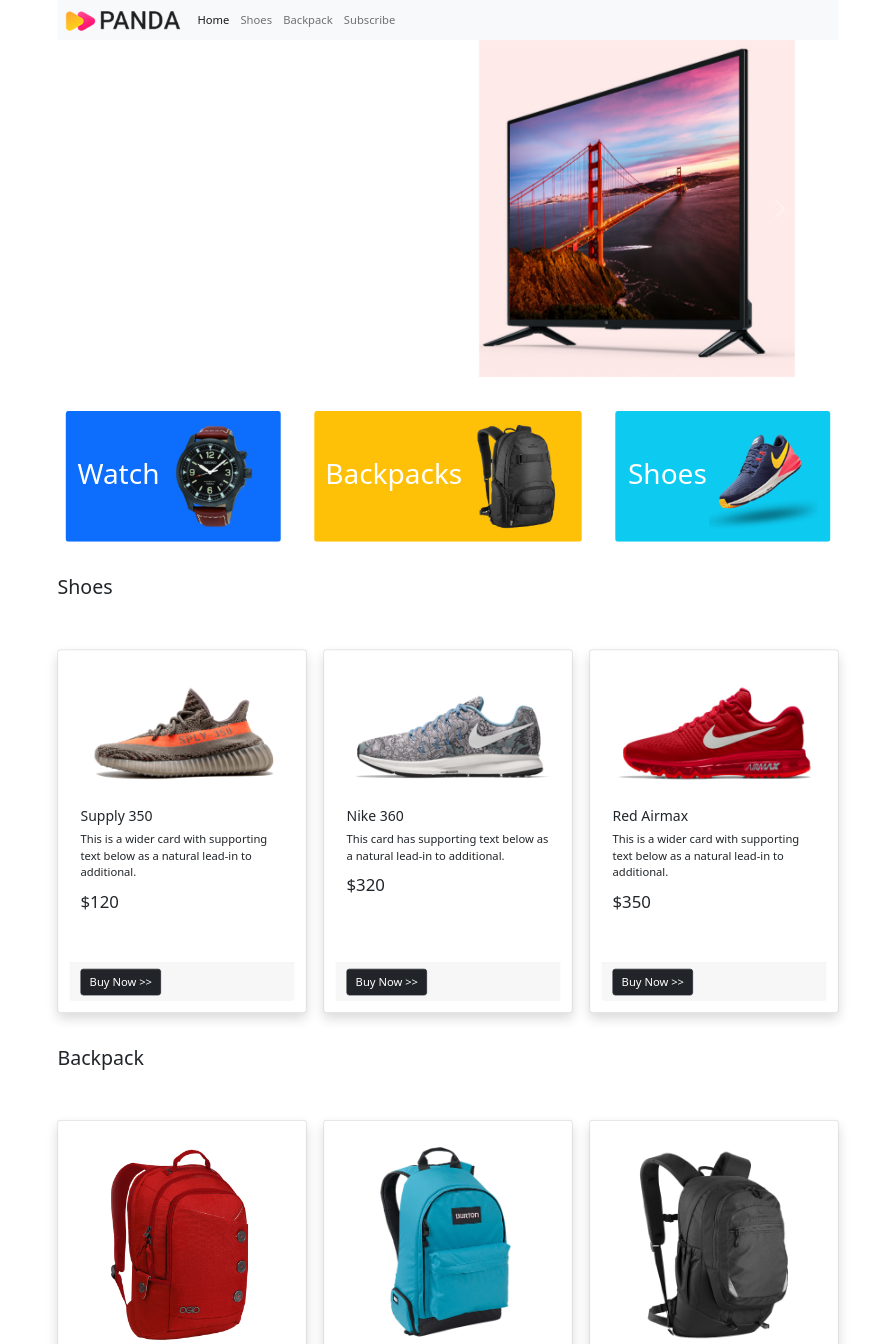
Repository: omarhasnain/panda-commerce-bootstrap
Page: index.html
These files come from the project's save history. The page is drawn as it stood at one moment and after the next save; the edit follows.
The browser window is 1280 px wide. The pictures show the part of the page from y = 0 to 1920 px (the page is 2624 px tall), at 70% of full size.

Above is the page before, as saved 2021-01-14 17:58:03.

### index.html
<!DOCTYPE html>
<html lang="en">
<head>
    <meta charset="UTF-8">
    <meta name="viewport" content="width=device-width, initial-scale=1.0">
    <title>Panda Commerce</title>
    <link href="https://cdn.jsdelivr.net/npm/bootstrap@5.0.0-beta1/dist/css/bootstrap.min.css" rel="stylesheet" integrity="sha384-giJF6kkoqNQ00vy+HMDP7azOuL0xtbfIcaT9wjKHr8RbDVddVHyTfAAsrekwKmP1" crossorigin="anonymous">
</head>
<body>
    <header class="container">
        <nav class="navbar navbar-expand-lg navbar-light bg-light">
            <div class="container-fluid">
              <a class="navbar-brand" href="#"><img src="images/logo.png" alt=""></a>
              <button class="navbar-toggler" type="button" data-bs-toggle="collapse" data-bs-target="#navbarNavAltMarkup" aria-controls="navbarNavAltMarkup" aria-expanded="false" aria-label="Toggle navigation">
                <span class="navbar-toggler-icon"></span>
              </button>
              <div class="collapse navbar-collapse" id="navbarNavAltMarkup">
                <div class="navbar-nav">
                  <a class="nav-link active" aria-current="page" href="#">Home</a>
                  <a class="nav-link" href="#">Shoes</a>
                  <a class="nav-link" href="#">Backpack</a>
                  <a class="nav-link" href="#" tabindex="-1" >Subscribe</a>
                </div>
              </div>
            </div>
          </nav>

        <section>
            <div id="carouselExampleControls" class="carousel slide" data-bs-ride="carousel">
                <div class="carousel-inner">
                  <div class="carousel-item active">
                   <div class="row">
                       <div class="col-md-7">

                       </div>
                       <div class="col-md-5">
                        <img src="images/banner-images/tv.png" class="d-block w-100" alt="...">
                       </div>
                   </div>
                  </div>
                  <div class="carousel-item">
                    <div class="row">
                        <div class="col-md-7">

                        </div>
                        <div class="col-md-5">
                            <img src="images/banner-images/headphone.png" class="d-block w-100" alt="...">
                        </div>
                    </div>
                  </div>
                  <div class="carousel-item">
                   <div class="row">
                       <div class="col-md-7">

                       </div>
                       <div class="col-md-5">
                        <img src="images/banner-images/xbox.png" class="d-block w-100" alt="...">
                       </div>
                   </div>
                  </div>
                </div>
                <a class="carousel-control-prev" href="#carouselExampleControls" role="button" data-bs-slide="prev">
                  <span class="carousel-control-prev-icon" aria-hidden="true"></span>
                  <span class="visually-hidden">Previous</span>
                </a>
                <a class="carousel-control-next" href="#carouselExampleControls" role="button" data-bs-slide="next">
                  <span class="carousel-control-next-icon" aria-hidden="true"></span>
                  <span class="visually-hidden">Next</span>
                </a>
              </div>
        </section>


    </header>
    <main class="container">
        <section class="container overflow-hidden mt-5">
            <div class="row gx-5">
              <div class="col">
               <div class="p-3 rounded bg-primary d-flex align-items-center justify-content-around">
                   <h1 class="text-white">Watch</h1>
                   <img src="images/categories/watch.png" alt="">
               </div>
              </div>
              <div class="col">
                <div class="p-3 rounded bg-warning d-flex align-items-center justify-content-around">
                    <h1 class="text-white">Backpacks</h1>
                    <img src="images/categories/bag.png" alt="">
                </div>
               </div>
               <div class="col">
                <div class="p-3 rounded bg-info d-flex align-items-center justify-content-around">
                    <h1 class="text-white">Shoes</h1>
                    <img src="images/categories/shoes.png" alt="">
                </div>
               </div>

            </div>
        </section>

        <section class="mt-5">
            <h3>Shoes</h3>
            <div class="row row-cols-1 row-cols-md-3 g-4 mt-5">
                <div class="col">
                  <div class="card h-100 shadow p-3 mb-5 bg-white rounded">
                    <img src="images/shoes/shoe-1.png" class="card-img-top" alt="...">
                    <div class="card-body ">
                      <h5 class="card-title">Supply 350</h5>
                      <p class="card-text">This is a wider card with supporting text below as a natural lead-in to additional.
                    </p>
                    <h4>$120</h4>
                    </div>

                    <div class="card-footer">
                    <button class="text-white btn btn-dark">Buy Now >></button>
                    </div>
                  </div>
                </div>
                <div class="col">
                  <div class="card h-100 shadow p-3 mb-5 bg-white rounded">
                    <img src="images/shoes/shoe-2.png" class="card-img-top" alt="...">
                    <div class="card-body">
                      <h5 class="card-title">Nike 360</h5>
                      <p class="card-text">This card has supporting text below as a natural lead-in to additional.</p>
                      <h4>$320</h4>
                    </div>
                    <div class="card-footer">
                        <button class="text-white btn btn-dark">Buy Now >></button>
                    </div>
                  </div>
                </div>
                <div class="col">
                  <div class="card h-100 shadow p-3 mb-5 bg-white rounded">
                    <img src="images/shoes/shoe-3.png" class="card-img-top" alt="...">
                    <div class="card-body">
                      <h5 class="card-title">Red Airmax</h5>
                      <p class="card-text">This is a wider card with supporting text below as a natural lead-in to additional.</p>
                      <h4>$350</h4>
                    </div>
                    <div class="card-footer">
                        <button class="text-white btn btn-dark">Buy Now >></button>
                    </div>
                  </div>
                </div>
            </div>


        </section>

        <section class="mt-5">
            <h3>Backpack</h3>
            <div class="row row-cols-1 row-cols-md-3 g-4 mt-5">
                <div class="col">
                  <div class="card h-100 shadow p-3 mb-5 bg-white rounded">
                    <img src="images/bags/bag-1.png" class="card-img-top" alt="...">
                    <div class="card-body ">
                      <h5 class="card-title">Red Fort</h5>
                      <h5>$120</h5>
                      <p class="card-text">This is a wider card with supporting text below as a natural lead-in to additional.
                    </p>

                    </div>

                    <div class="card-footer">
                    <button class="text-white btn btn-dark">Buy Now >></button>
                    </div>
                  </div>
                </div>
                <div class="col">
                  <div class="card h-100 shadow p-3 mb-5 bg-white rounded">
                    <img src="images/bags/bag-2.png" class="card-img-top" alt="...">
                    <div class="card-body">
                      <h5 class="card-title">Blue Berry</h5>
                      <h5>$320</h5>
                      <p class="card-text">This card has supporting text below as a natural lead-in to additional.</p>

                    </div>
                    <div class="card-footer">
                        <button class="text-white btn btn-dark">Buy Now >></button>
                    </div>
                  </div>
                </div>
                <div class="col">
                  <div class="card h-100 shadow p-3 mb-5 bg-white rounded">
                    <img src="images/bags/bag-3.png" class="card-img-top" alt="...">
                    <div class="card-body">
                      <h5 class="card-title">Black Pack</h5>
                      <h5>$350</h5>
                      <p class="card-text">This is a wider card with supporting text below as a natural lead-in to additional.</p>

                    </div>
                    <div class="card-footer">
                        <button class="text-white btn btn-dark">Buy Now >></button>
                    </div>
                  </div>
                </div>
            </div>


        </section>
        <section style="height: 300px; background-color: rgb(252, 228, 218);" class="mt-5 d-flex  align-items-center justify-content-center ">
           <div>
            <h1>LET'S STAY IN TOUCH</h1>
            <h6>Get updates on sales, specials and more</h6>
            <input type="text" placeholder="Enter Your Email Address">
            <div>
            <button style="background-color: rgb(247, 70, 99);" class="btn btn-dark radius ">SUBMIT</button>
           </div>

        </section>

    </main>
    <footer class="text-center mt-5">
        <small>©2020. Panda Commerce. All rights reserved. Sofia, Bulgaria.</small>
    </footer>














    <script src="https://cdn.jsdelivr.net/npm/bootstrap@5.0.0-beta1/dist/js/bootstrap.bundle.min.js" integrity="sha384-ygbV9kiqUc6oa4msXn9868pTtWMgiQaeYH7/t7LECLbyPA2x65Kgf80OJFdroafW" crossorigin="anonymous"></script>
</body>
</html>

After the next save:
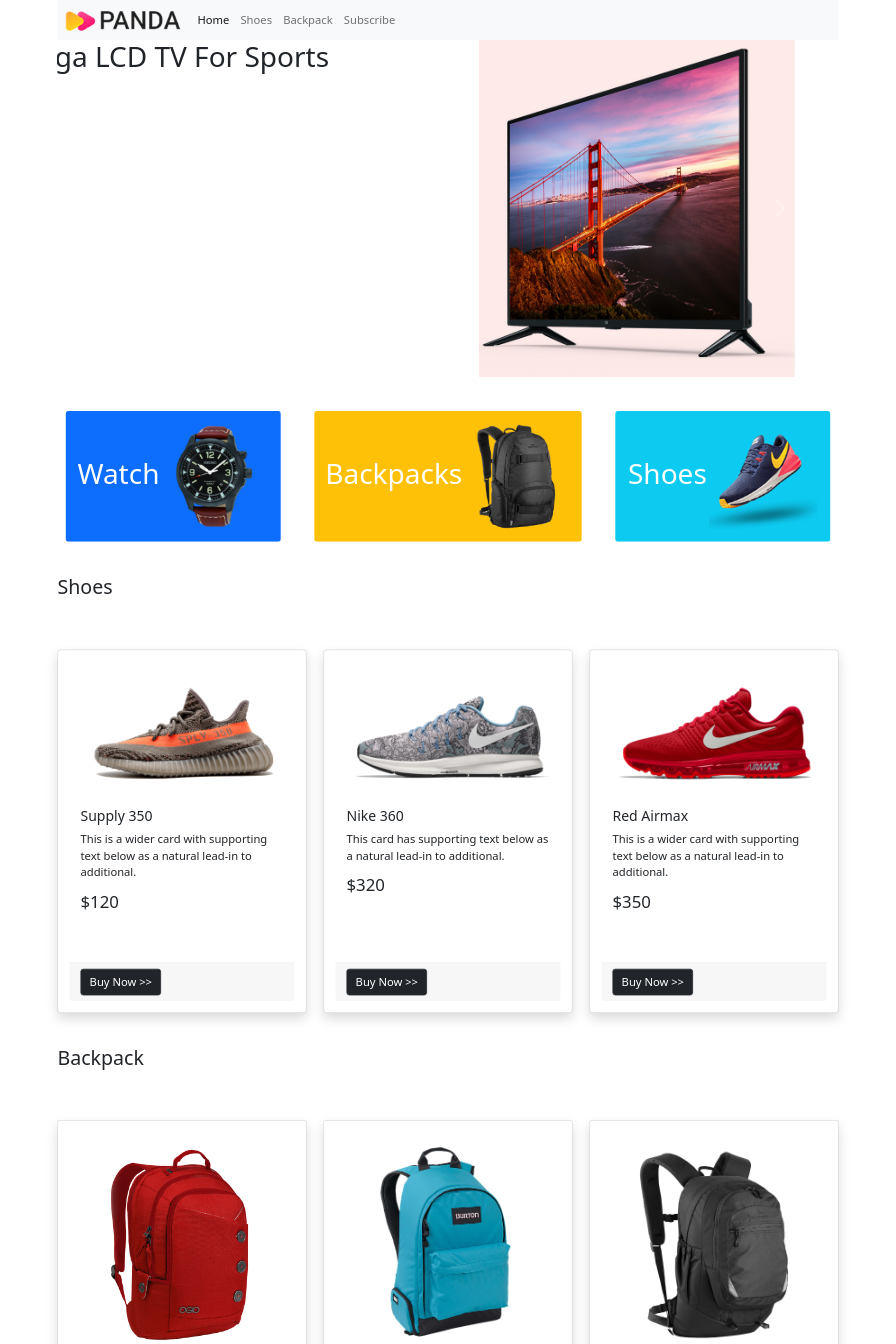
Saved 34 s later.
--- a/index.html
+++ b/index.html
@@ -31,7 +31,7 @@
                   <div class="carousel-item active">
                    <div class="row">
                        <div class="col-md-7">
-
+                           <h1>Mega LCD TV For Sports</h1>
                        </div>
                        <div class="col-md-5">
                         <img src="images/banner-images/tv.png" class="d-block w-100" alt="...">
